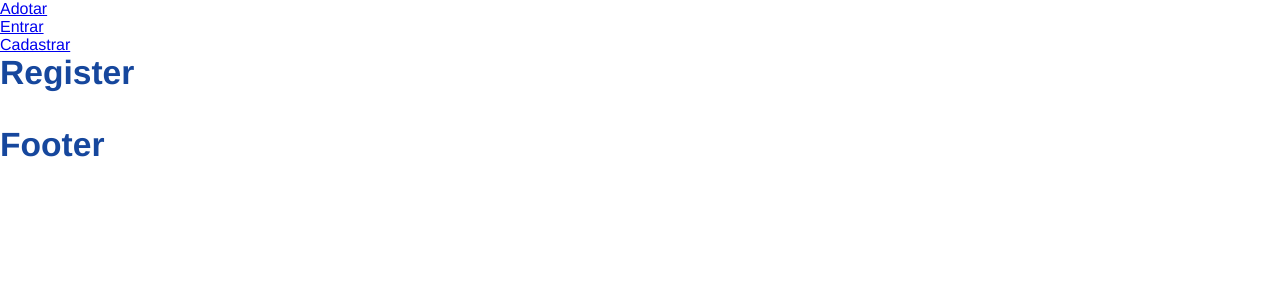
Repository: LeandroMoniz/Projetos_Pets
Page: /register (app in adocao_pet/frontend/)
These files come from the project's save history. The page is drawn as it stood at one moment and after the next save; the edit follows.
The browser window is 1280 px wide. The pictures show the whole page.
The project was rebuilt for these pictures with package versions that can differ from the ones it lists, and the page was loaded fresh each time. Also part of the build but not shown: adocao_pet/frontend/src/components/pages/Auth/Login.js, adocao_pet/frontend/src/components/pages/Home.js.

Above is the page before, as saved 2022-02-15 11:03:13.

After the next save:
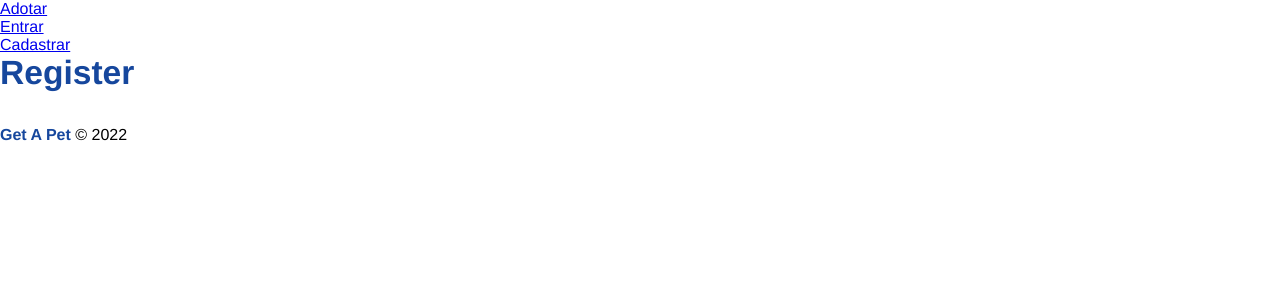
Saved 2 min 48 s later.
--- a/adocao_pet/frontend/src/components/layout/Footer.js
+++ b/adocao_pet/frontend/src/components/layout/Footer.js
@@ -1,8 +1,10 @@
 function Footer() {
     return(
-        <section>
-            <h1>Footer</h1>
-        </section>
+      <footer>
+          <p>
+              <span className="bold">Get A Pet</span> &copy; 2022
+          </p>
+      </footer>
     )
 }
 
